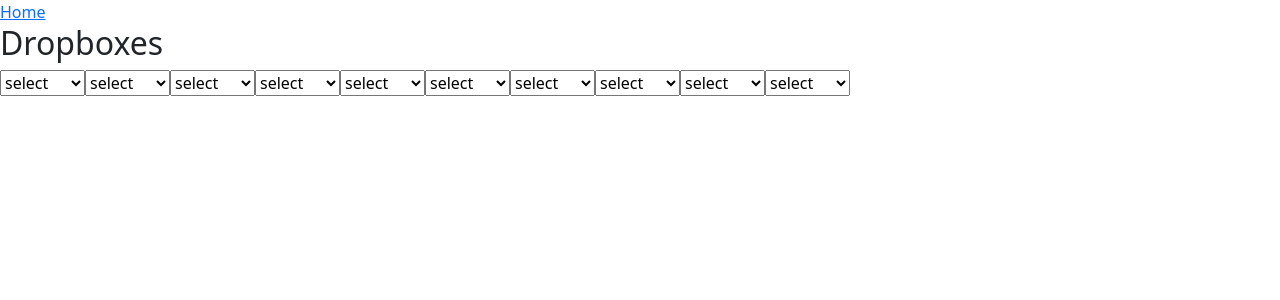
Repository: ishanbassi/iotasol-assignments
Page: /iotasol/work-9
These files come from the project's save history. The page is drawn as it stood at one moment and after the next save; the edit follows.
The browser window is 1280 px wide. The pictures show the whole page.
The project was rebuilt for these pictures with package versions that can differ from the ones it lists, and the page was loaded fresh each time. The framework's server and built-in components were replaced by stand-ins that run in the browser. Also part of the build but not shown: styles/global.css.

Above is the page before, as saved 2023-01-31 12:26:06.

After the next save:
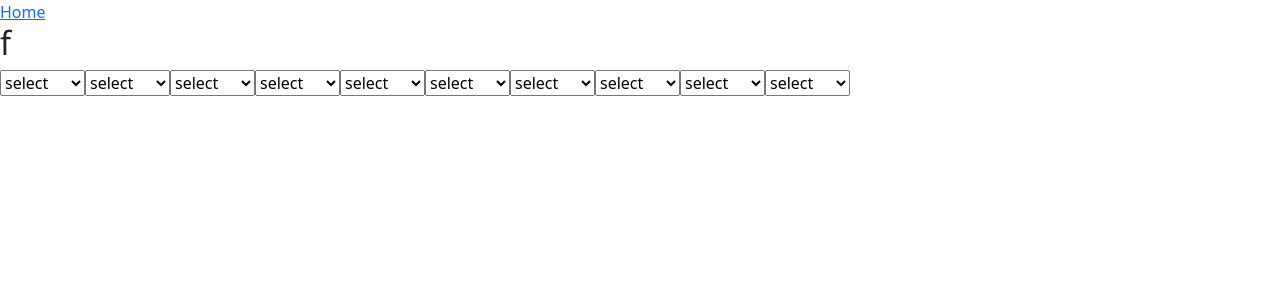
Saved 17 s later.
--- a/pages/iotasol/work-9.tsx
+++ b/pages/iotasol/work-9.tsx
@@ -23,7 +23,7 @@
     }
     return(
         <>
-            <h2>Dropboxes</h2>
+            <h2>f</h2>
             {dropDownValues.map((val,j) => {
                 return(
                     <select name="dropbox" key={j} >

After the save that followed:
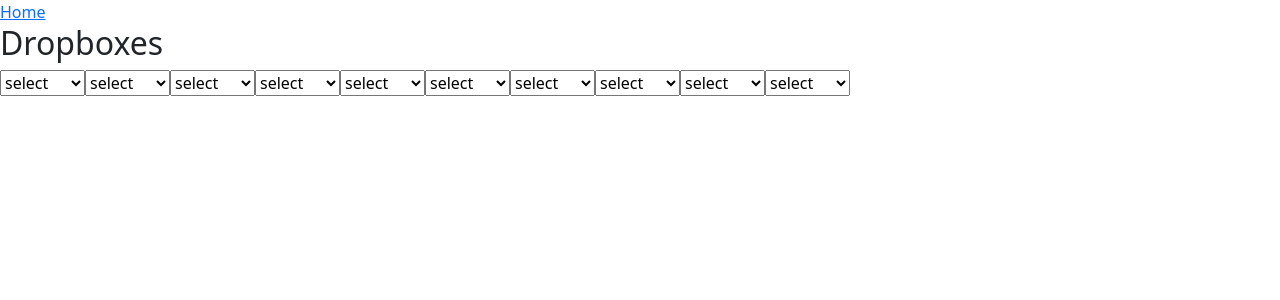
Saved 4 s later.
--- a/pages/iotasol/work-9.tsx
+++ b/pages/iotasol/work-9.tsx
@@ -23,7 +23,7 @@
     }
     return(
         <>
-            <h2>f</h2>
+            <h2>Dropboxes</h2>
             {dropDownValues.map((val,j) => {
                 return(
                     <select name="dropbox" key={j} >
